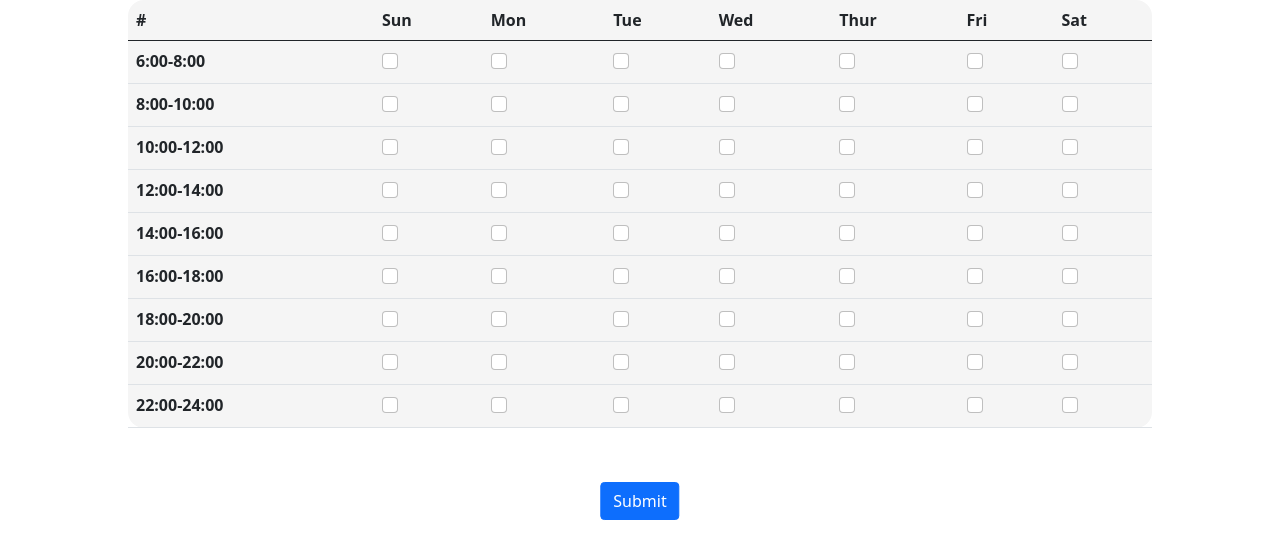
Repository: xich4932/fuxiguanli
Page: index_main.html
These files come from the project's save history. The page is drawn as it stood at one moment and after the next save; the edit follows.
The browser window is 1280 px wide. The pictures show the whole page.

Above is the page before, as saved 2021-06-24 14:40:11.

### index_main.html
<!doctype html>
<html lang="en">
  <head>
    <!-- Required meta tags -->
    <meta charset="utf-8">
    <meta name="viewport" content="width=device-width, initial-scale=1">

    <!-- Bootstrap CSS -->
    <link href="https://cdn.jsdelivr.net/npm/bootstrap@5.0.1/dist/css/bootstrap.min.css" rel="stylesheet" integrity="sha384-+0n0xVW2eSR5OomGNYDnhzAbDsOXxcvSN1TPprVMTNDbiYZCxYbOOl7+AMvyTG2x" crossorigin="anonymous">
    <script src="https://cdnjs.cloudflare.com/ajax/libs/jquery/3.6.0/jquery.min.js" integrity="sha512-894YE6QWD5I59HgZOGReFYm4dnWc1Qt5NtvYSaNcOP+u1T9qYdvdihz0PPSiiqn/+/3e7Jo4EaG7TubfWGUrMQ==" crossorigin="anonymous" referrerpolicy="no-referrer"></script>

    <link rel="stylesheet" href="style.css">
    <title>Hello, world!</title>
  </head>
  <body onload="load_table()">

    <!-- Optional JavaScript; choose one of the two! -->

    <!-- Option 1: Bootstrap Bundle with Popper -->
    <script src="https://cdn.jsdelivr.net/npm/bootstrap@5.0.1/dist/js/bootstrap.bundle.min.js" integrity="sha384-gtEjrD/SeCtmISkJkNUaaKMoLD0//ElJ19smozuHV6z3Iehds+3Ulb9Bn9Plx0x4" crossorigin="anonymous"></script>

    <!-- Option 2: Separate Popper and Bootstrap JS -->
    <!--
    <script src="https://cdn.jsdelivr.net/npm/@popperjs/core@2.9.2/dist/umd/popper.min.js" integrity="sha384-IQsoLXl5PILFhosVNubq5LC7Qb9DXgDA9i+tQ8Zj3iwWAwPtgFTxbJ8NT4GN1R8p" crossorigin="anonymous"></script>
    <script src="https://cdn.jsdelivr.net/npm/bootstrap@5.0.1/dist/js/bootstrap.min.js" integrity="sha384-Atwg2Pkwv9vp0ygtn1JAojH0nYbwNJLPhwyoVbhoPwBhjQPR5VtM2+xf0Uwh9KtT" crossorigin="anonymous"></script>
    -->

    <div id="print_table" class="table_style">
      <table class="table" id = "this_table">
        <thead>
          <tr>
            <th scope="col">#</th>
            <th scope="col">Sun</th>
            <th scope="col">Mon</th>
            <th scope="col">Tue</th>
            <th scope="col">Wed</th>
            <th scope="col">Thur</th>
            <th scope="col">Fri</th>
            <th scope="col">Sat</th>
          </tr>
        </thead>
        <tbody id="table_body">

        </tbody>
        </table>
    </div>
    <!--
    <div>
      <div id="course_table" >
        <table class="table" id = "add_course_table">
          <thead>
            <tr>
              <th scope="col">#</th>
              <th scope="col">Course</th>
              <th scope="col">Final Date</th>
              <th scope="col">Number of Course</th>
            </tr>
          </thead>
          <tbody id="course">

            <tr>
              <th scope="row">1</th>
              <td>
                <input class="form-control" type="text" placeholder="input course name" aria-label="default input example" id="course_0">
              </td>
              <td>
                <input type="date" id="final_0">
              </td>
              <td>
                <input type="number" id="num_0">
              </td>
            </tr>

          </tbody>
          </table>
    </div>
    </div>
    -->

    <div>
      <div >
        <a class="btn btn-primary" href="class_main.html" style="visibility:hidden;" role="button" id="table_next">Next</a>
      </div>
    </div>

    <div class="position-absolute bottom-7 start-50 translate-middle-x">
      <button type="button" class="btn btn-primary" onclick="checking()">Submit</button>
    </div>
    <!--
    <div class="position-absolute bottom- start-50 translate-middle-x">
      <button type="button" class="btn btn-primary" id="addbtn" onclick="add_course()">Add new course</button>

    </div>
    <div class="position-absolute bottom-0 start-50 translate-middle-x">

      <button type="button" class="btn btn-primary" id="crtbtn" onclick="create()">create</button>

      <a class="download hide" id="downloadLink" download="event.ics">⇩ Download</a>

      <a class="btn btn-primary" style="display: none;" href="#" role="button" id="downbtn" download="event.ics" >download</a>
     </div>
    -->
     <script type="text/javascript" src="script.js" defer="true"></script>
  </body>
</html>

### style.css

.vertical-center {
    margin: 0;
    position: absolute;
    top: 50%;
    -ms-transform: translateY(-50%);
    transform: translateY(-50%);
}
/*
.float{
	position:fixed;
	width:60px;
	height:60px;
	bottom:40px;
	right:40px;
	background-color:#0C9;
	color:#FFF;
	border-radius:50px;
	text-align:center;
	box-shadow: 2px 2px 3px #999;
}
*/
.table_style{
	background-color: whitesmoke;
	width: 80%;
	height: 100%;
	margin: auto;
	border-radius: 1pc;
	border-color: teal;
}

### script.js
function load_table(){
    var table = document.getElementById("table_body")
    //table.innerHTML;
    str = ''
    count = 0;
    window_time = ["6:00-8:00", "8:00-10:00", "10:00-12:00", "12:00-14:00", "14:00-16:00", "16:00-18:00", "18:00-20:00", "20:00-22:00", "22:00-24:00"]
    for(r = 0; r < 9; r++){
        str += '<th scope="row">'+window_time[r]+'</th>'
        for(i = 0; i < 7; i++){
            str += '<td><div class="form-check"><input class="form-check-input" type="checkbox" value="" id="check'+count+'"><label class="form-check-label" for="window'+count+'"></label></div></td>'
            count ++
        }
        str += '</tr>'
    }
    //var arr = [1,2,3,4]
    //test.apply(this ,arr)
    //console.log(arr.join())
    table.innerHTML += str
};

var week = []
function checking(){
    for(var f = 0; f < 7; f++){
        var temp_arr = []
        for( i = f; i <63; i+=7 ){
            if(document.getElementById('check' + String(i)).checked == true){
                console.log(i)
                temp_arr.push(parseInt(i/ 7))
            }
        }
        week.push(temp_arr)
    }
    console.log(week)
    document.getElementById("table_next").style.visibility = "visible"
}

var total = 1;
//test
/*
week.push([0])
week.push([1,2])
week.push([2,3])
week.push([4])
week.push([5])
week.push([])
week.push([])
*/
var giant_table = []

function add_course(){
    add = document.getElementById("course");
    str = '<tr><th scope="row">'+ (total+1)+'</th><td><input class="form-control" type="text" placeholder="input course name" aria-label="default input example" id="course_'+total+'"></td><td><input type="date" id="final_'+total+'"></td><td><input type="number" id="num_'+total+'"></td></tr>'
    total += 1
    $('#add_course_table tr:last').after(str);
}

function printing(){
    console.log(document.getElementById('final_date1').value)
    console.log(document.getElementById('num_course1').value)
    console.log(document.getElementById('course_1').value)

}


//the day before final is reserved, thus function need to find the actual day of before_fianl
function cal_day(day, month, year){
    if(day != 1){
        day -= 1
        if(day < 10){
            //return String(year)+String(month)+'0'+String(day)
            return year.toString() + month.toString() + '0' + day.toString()
        }else{
            //return String(year)+String(month)+String(day)
            return year.toString() + month.toString()  + day.toString()
        }
    }else if(!(month == 1 && day == 1)){
        //month - 1 which is end with 31
        if(month == 1 || month == 2 || month == 4 || month == 6 || month == 8 || month == 9 || month == 11){
            month = (month - 1)%12
            if(month < 10){
                return String(year) + '0' + String(month) + "31"
            }else{
                return String(year) + String(month) + "31"
            }

        }else if(month == 3){//month - 1 is Feb, we need to check whether is leap year
            month = 2;
            if(((year % 4 == 0) && (year % 100 != 0)) || (year % 400 == 0)){
                day = 29
            }else{
                day = 28
            }
            return String(year) + String(month) + String(day)
        }else{
            //month - 1 which is end with 30
            month = (month - 1)%12
            if(month < 10){
                return String(year) + '0' + String(month) + "30"
            }else{
                return String(year) + String(month) + "30"
            }
        }
    }else{
        //when is the first day of year, year - 1
        year -= 1
        return String(year) + "1231"
    }
}
/*
cal_day(21,2,1999)
cal_day(1,3,2020)
cal_day(1,3,2021)
cal_day(1,10,2021)
*/

function cal_next_day(day, month, year){
    if(month == 1 || month == 3 || month == 5 || month == 7 || month == 8 || month == 10 || month == 12){ // month end in 30 days
        if(month == 12 && day == 31){//next day is new year
            return (year+1).toString() + "0101"
        }
        if(day + 1 <= 31){
            if(day + 1 < 10){
                day = "0" + (day + 1).toString()
            }else{
                day = (day + 1).toString()
            }
        }else{
            day = "01"
            month +=1
        }
        if(month < 10){
            month = "0" + month.toString()
        }else{
            month = month.toString()
        }
    }
    else if(month == 2){
        var max_day = 0;
        month = "03"
        if(((year % 4 == 0) && (year % 100 != 0)) || (year % 400 == 0)){
            //day = 29
            max_day = 29
        }else{
            max_day = 28
        }
        if(day + 1 > max_day){

            day = "01"
        }else{
            day = (day + 1).toString()
            if(day < 9){
                day = "0" + (day + 1).toString()
            }else{
                day = (day + 1).toString()
            }
        }
    }else{
        //month end in 30 days
        if(day + 1 <= 30){
            if(day + 1 < 10){
                day = "0" + (day + 1).toString()
            }else{
                day = (day + 1).toString()
            }
        }else{
            month += 1
            day = "01"
        }
        if(month  < 10){
            month = "0" + month.toString()
        }else{
            month = month.toString()
        }

    }
    return String(year)+String(month)+String(day)
}

function week_handle(){
    for(var e = 0; e < week.size; e++){
        var temep_arr = []
        for(var t = 0; e < week[e].size; t++){
            console.log(week[e][t])
            var taker = ret_window(week[e][t])
            console.log(taker)
            temp_arr.push(taker)
        }
        week[e] = []
        week[e].push(temp_arr)
        temp_arr = []
    }
    //console.log(week.join())
}


var final_arr=[]; // final dates
var before_final = [] //the days before final
var course_arr = []; //course name
var num_arr = [] //number of topic of final for review
var start_day = []//start day of
//var time_end = []//
var exclude_final = [] // exclude from review days
var exclude_str = "" //for RRULE
var icsFile = null;
var event_str = ""
var until = []
var start1 = ""
var start2 = ""
var window_str = ""
var special_id = [] //record UID of calendar task,
var count_fail = 0 //when fail = number of course, function stops
var remain_day = [] //record timewindow that has been used
//var final = []

function create() {
    for(var i = 0; i < total; i++){
        final_arr.push(document.getElementById("final_"+String(i)).value)
        num_arr.push(document.getElementById("num_"+String(i)).value)
        course_arr.push(document.getElementById("course_"+String(i)).value)
    }
   console.log(final_arr.join())
   console.log(course_arr.join())
   console.log(num_arr.join())
    console.log("week: ", week.join())
    //handle week array
    week_handle()

   //total = 2;
   var today = new Date();
   year = today.getFullYear()
   month = today.getMonth() + 1
   day = today.getDate()
   year_str = year.toString()
   month_str = month > 9? month.toString(): "0"+month.toString()
   day_str = day > 9? day.toString(): "0"+day.toString()
    start_day = cal_next_day(day_str, month_str, year_str)
    for(var i = 0; i < total; i++){
        console.log(final_arr[i].substring(0, 4))
        console.log(final_arr[i].substring(5, 7))
        console.log(final_arr[i].substring(8))
        console.log(cal_day((final_arr[i].substring(0, 4)),(final_arr[i].substring(5, 7)), (String(final_arr[i].substring(8)))))
        before_final.push(cal_day(final_arr[i].substring(8), final_arr[i].substring(5, 7), final_arr[i].substring(0, 4)))
        final_arr[i] = final_arr[i].substring(0, 4).toString() + final_arr[i].substring(5, 7).toString() + final_arr[i].substring(8).toString()
        special_id.push(Math.random().toString(36).substring(2))
    }
    //total /= 2
    console.log(final_arr.join())
    console.log(before_final.join())
    //start writing ics file
    day = today.getDay()
    day = (day + 1) % 7
    var idx = day;
    var starter = year.toString() +  month.toString() +  day.toString()
    var  temp_start = starter
    while(count_fail < total){
        temp_start  = starter
        while(temp_start != before_final[idx]){
            for(var ss = 0; ss < week[idx].size(); ss++){
                var start_str = (week[idx][ss]).toString()
            }
            createEvent_review(special_id[idx], course_arr[idx], temp_start, idx)
        }

    }
    ret_window()
    review_windows()
    automator()
   var final_ics = createEvent_final()
   //makeIcsFile()
   var ready = document.getElementById("downbtn")
   ready.href = makeIcsFile()
   document.getElementById("downbtn").style.visibility = "visible"
}

function check_reserved(tocheck){
    remain_day.map(x =>  {
        if(x == tocheck)
        return true
    })
    return false
}
/*
function exdate_working(){
    var temp_size = total / 2
    for(var t =0; t < total; t+=2){
        var str = ""
        str = String(final_arr[t].substring(0,4)) + String(final_arr[t].substring(5,7)) + String(final_arr[t].substring(8)) + 'T' + "000000"
        time_start.push(str)
        console.log("im in func")
    }
}
 */
/*
function time_to_start(){
   // console.log(final_arr.join())
    for(var t =0; t < total; t+=2){
        var str = ""
        str = String(final_arr[t].substring(0,4)) + String(final_arr[t].substring(5,7)) + String(final_arr[t].substring(8)) + 'T' + "000000"
        time_start.push(str)
        console.log("im in func")
    }
    //console.log(time_start.join())
}

function time_to_end(){
    //console.log(final_arr.join())
    for(var t =1; t <= total; t+=2){
        var str = ""
        str = String(final_arr[t].substring(0,4)) + String(final_arr[t].substring(5,7)) + String(final_arr[t].substring(8)) + 'T' + "235959"
        time_end.push(str)
        console.log("im in fund")
    }
}
 */

/*

 */
function final_rearrange(){
    for(var t =0; t < total ; t++){
        var temp_str = String(final_arr[t].substring(0,4)) + String(final_arr[t].substring(5,7)) + String(final_arr[t].substring(8)) + 'T' + "000000"
        if(t % 2){
            final_arr.push(temp_str)
        }
        exclude_str += temp_str
        exclude_str +=    ','
    }
    //console.log(str)
    //console.log(final_formatted.join())
}
/*
 *  store the time of windows
 *
 */
function ret_window(num){
    if(num == 0){
        start1 = "060000"
        start2 = "080000"
    }else if(num == 1){
        start1 = "080000"
        start2 = "100000"
    }else if(num == 2){
        start1 = "100000"
        start2 = "120000"
    }else if(num == 3){
        start1 = "120000"
        start2 = "140000"
    }else if(num == 4){
        start1 = "140000"
        start2 = "160000"
    }else if(num == 5){
        start1 = "160000"
        start2 = "180000"
    }else if(num == 6){
        start1 = "180000"
        start2 = "200000"
    }else if(num == 7){
        start1 = "200000"
        start2 = "220000"
    }else if(num == 8){
        start1 = "220000"
        start2 = "240000"
    }
    return start1.toString() + start2.toString()
}
/*
function review_windows(){
    var today = new Date()
    for(var d = 0; d < total; d++){
        //window_str =
        time_start.push(String(today.getFullYear()) + String(today.getMonth()+1) + String(today.getDate()) + "T" + window_start)
        time_end.push(String(today.getFullYear()) + String(today.getMonth()+1) + String(today.getDate()) + "T" + window_end)
    }
}
*/

/*
the final day and the days before final is reserved
*/
//var week = []
function calNextDay(month, year, day){
    if(month == 1 || month == 3 || month == 5 || month == 7 || month == 8 || month == 10 | month == 12 ){
        if(day + 1 > 31) return 1;
      //  else return day + 1;
    }else if(month == 4 || month == 6 || month == 9 || month == 11){
        if(day + 1 > 30) return 1;
     //   else return day + 1;
    }else{
        if(year % 4){
            if(day + 1 > 28) return 1;
          //  else return day + 1;
        } //return 28;
        if(!(year % 4) && year % 100){
            if(day + 1 > 29) return 1;
          //  else return day + 1;
        } //return 29; //leap month
        if(year % 100 && !(year % 400)){
            if(day + 1 > 28) return 1;
          //  else return day + 1;
        } //return 28
        else{
            if(day + 1 > 29) return 1;
          //  else return day + 1;
        } //return 29 //leap month
    }
    return day + 1
}



function automator(){
    var today = new Date()
    var sizer = total / 2;
    var temp_event
    console.log(today.getFullYear(), today.getMonth() +1, today.getDate())
    //document.getElementById("")
    time_start = String(today.getFullYear()) + String(today.getMonth()+1) + String(today.getDate()) + 'T000000'
    var weekday = translate_week((today.getDay() + 1) % 7 )
    for(var g = 0; g < sizer; g++){
        event_str += createEvent(course_arr[g], time_start[g], time_end[g] ,  until[g], translate_week(today.getDay()%7) )
    }
}


//return day in code
function translate_week(temp_week){
    switch (temp_week){
        case 0:
            return "SU"
            break;
        case 1:
            return "MO"
            break;
        case 2:
            return "TU"
            break;
        case 3:
            return "WE"
            break;
        case 0:
            return "TH"
            break;
        case 1:
            return "FR"
            break;
        case 2:
            return "SA"
            break;
        default:
            return "MO"
            break;
    }

}


//writing ICS rule

function createEvent_review(id, event_name, start_time, end_time, window) {
    var event_str = ""
    for(var i = 0; i < time_start.length; i++){
       event_str += "BEGIN:VEVENT\n" +
       "UID:" +
       id +
       "\n" +
       "TZID:Asia/Shanghai\n" +
       "DTSTART;VALUE=DATE:" +
       //time_start[i] +
       "\n" +
       "DTEND;VALUE=DATE:" +
      // time_end[i] +
       "\n" +
       "SUMMARY:" +
      // course_arr[i] +
       "\n" +
       "DESCRIPTION:" +
       "review for "+ course_arr[i] +
       "\n" +
       "BEGIN:VALARM\n" +
       "TRIGGER:-PT10M\n" +
       "ACTION:DISPLAY" +
       //"RRULE: FREQ=WEEKLY; WKST=SUN; BYDAY= " + r_week + //"EXDATE="+ exclude_str +
       //"\n" +
       "END:VEVENT\n";
    }
    return event_str
}

var final_str = ""
function createEvent_final() {
    for(var i = 0; i < total; i++){
       event_str += "BEGIN:VEVENT\n" +
       "UID:" +
       Math.random().toString(36).substring(2) +
       "\n" +
       "TZID:Asia/Shanghai\n" +
       "DTSTART;VALUE=DATE:" +
       //time_start[i] +
       final_arr[i] + "T000000"
       "\n" +
       "DTEND;VALUE=DATE:" +
       final_arr[i] + "T235959"
      // time_end[i] +
       "\n" +
       "SUMMARY:" +
       "final for "+ course_arr[i] +
       "\n" +
       "DESCRIPTION:" +
       "final for "+ course_arr[i] +
       "\n" +
       "BEGIN:VALARM\n" +
       "TRIGGER:-PT10M\n" +
       "ACTION:DISPLAY" +
       //"RRULE: FREQ=WEEKLY; WKST=SUN; BYDAY= " + r_week + "EXDATE="+ exclude_str +
       "\n" +
       "END:VEVENT\n";
    }
    return final_str
}



function makeIcsFile(date, summary, description) {
    //event_str =
    //console.log("eventstr: ", event_str)
    var test =
      "BEGIN:VCALENDAR\n" +
      "CALSCALE:GREGORIAN\n" +
      "METHOD:PUBLISH\n" +
      "PRODID:-//Test Cal//EN\n" +
      "VERSION:2.0\n";
     // console.log(event_str)
      test += event_str;

      test += "END:VCALENDAR";
    ///console.log(test)
    var data = new File([test], { type: "text/plain" });

    // If we are replacing a previously generated file we need to
    // manually revoke the object URL to avoid memory leaks.
    if (icsFile !== null) {
      window.URL.revokeObjectURL(icsFile);
    }

    icsFile = window.URL.createObjectURL(data);

    return icsFile;
}

After the next save:
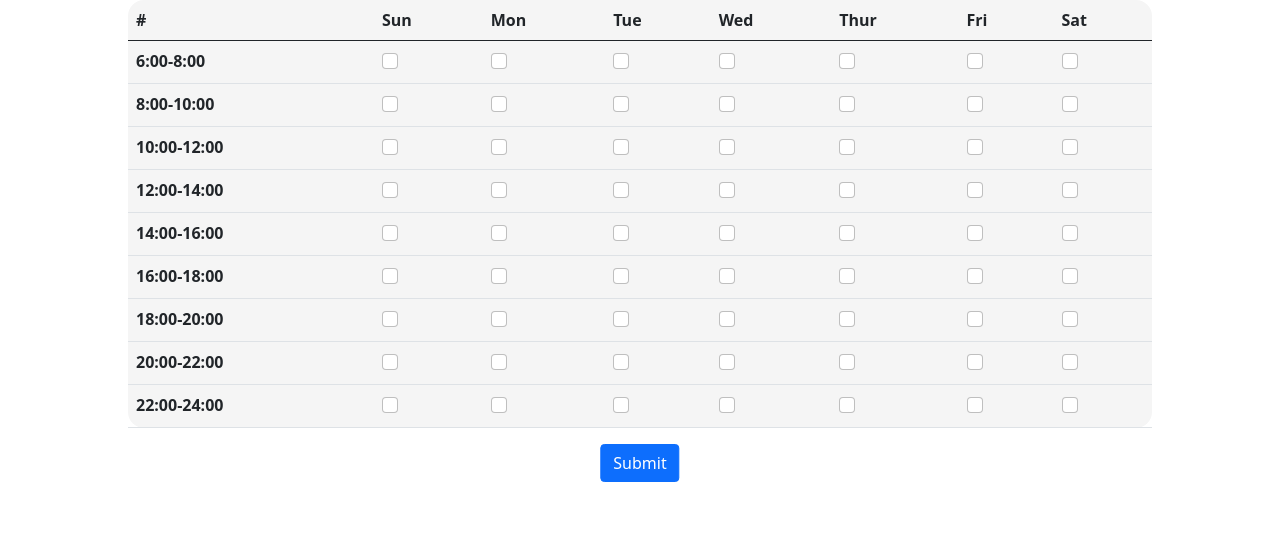
Saved 5 min 6 s later.
--- a/index_main.html
+++ b/index_main.html
@@ -77,29 +77,21 @@
     </div>
     -->
 
-    <div>
-      <div >
-        <a class="btn btn-primary" href="class_main.html" style="visibility:hidden;" role="button" id="table_next">Next</a>
-      </div>
-    </div>
 
     <div class="position-absolute bottom-7 start-50 translate-middle-x">
       <button type="button" class="btn btn-primary" onclick="checking()">Submit</button>
+      <!--
+      <a class="btn btn-primary" href="class_main.html" style="visibility:hidden;" role="button" id="table_next">Next</a>
+      -->
     </div>
-    <!--
-    <div class="position-absolute bottom- start-50 translate-middle-x">
-      <button type="button" class="btn btn-primary" id="addbtn" onclick="add_course()">Add new course</button>
+
+
+    <div container style="visibility: hidden;">
 
     </div>
-    <div class="position-absolute bottom-0 start-50 translate-middle-x">
 
-      <button type="button" class="btn btn-primary" id="crtbtn" onclick="create()">create</button>
 
-      <a class="download hide" id="downloadLink" download="event.ics">⇩ Download</a>
 
-      <a class="btn btn-primary" style="display: none;" href="#" role="button" id="downbtn" download="event.ics" >download</a>
-     </div>
-    -->
      <script type="text/javascript" src="script.js" defer="true"></script>
   </body>
 </html>
